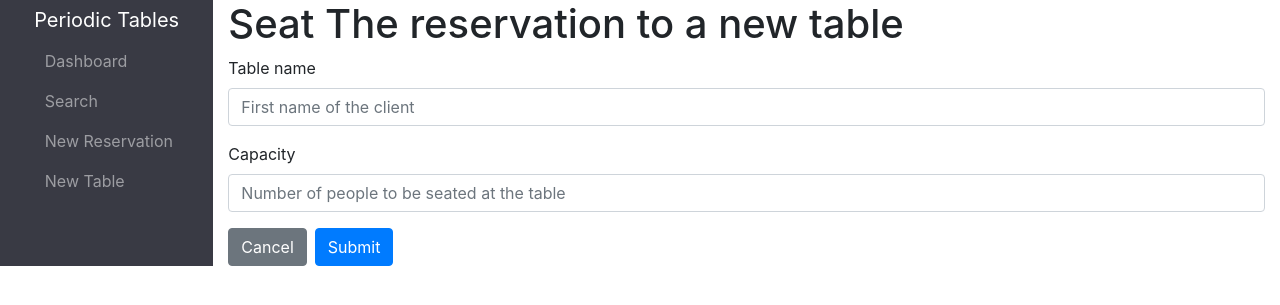
Repository: EMERIC237/resto-client
Page: /tables/new
The author's editor kept a copy of each file at every save. The page is drawn from the files as they stood at one save, then again after the next save.
The browser window is 1280 px wide. The pictures show the whole page.
The page's requests for data from a server got no answer. Some web fonts or font styles are not loaded; a fallback is used. The project was rebuilt for these pictures with package versions that can differ from the ones it lists, and the page was loaded fresh each time. No one was signed in, and anything a server would have sent is missing. Also part of the build but not shown: src/dashboard/Reservation.js, src/utils/format-reservation-date.js, src/utils/format-reservation-time.js, src/dashboard/Dashboard.js, src/layout/NotFound.js, src/reservations/ReservationForm.js, src/reservations/CreateReservation.js, src/reservations/SeatReservation.js.

Above is the page before, as saved 2021-09-19 21:45:35.

### src/layout/Layout.js
import React from "react";
import Menu from "./Menu";
import Routes from "./Routes";

import "./Layout.css";

/**
 * Defines the main layout of the application.
 *
 * You will NOT need to make changes to this file.
 *
 * @returns {JSX.Element}
 */
function Layout() {
  return (
    <div className="container-fluid">
      <div className="row h-100">
        <div className="col-md-2 side-bar">
          <Menu />
        </div>
        <div className="col">
          <Routes />
        </div>
      </div>
    </div>
  );
}

export default Layout;

### src/layout/Menu.js
import React from "react";

import { Link } from "react-router-dom";

/**
 * Defines the menu for this application.
 *
 * @returns {JSX.Element}
 */

function Menu() {
  return (
    <nav className="navbar navbar-dark align-items-start p-0">
      <div className="container-fluid d-flex flex-column p-0">
        <Link
          className="navbar-brand d-flex justify-content-center align-items-center sidebar-brand m-0"
          to="/"
        >
          <div className="sidebar-brand-text mx-3">
            <span>Periodic Tables</span>
          </div>
        </Link>
        <hr className="sidebar-divider my-0" />
        <ul className="nav navbar-nav text-light" id="accordionSidebar">
          <li className="nav-item">
            <Link className="nav-link" to="/dashboard">
              <span className="oi oi-dashboard" />
              &nbsp;Dashboard
            </Link>
          </li>
          <li className="nav-item">
            <Link className="nav-link" to="/search">
              <span className="oi oi-magnifying-glass" />
              &nbsp;Search
            </Link>
          </li>
          <li className="nav-item">
            <Link className="nav-link" to="/reservations/new">
              <span className="oi oi-plus" />
              &nbsp;New Reservation
            </Link>
          </li>
          <li className="nav-item">
            <Link className="nav-link" to="/tables/new">
              <span className="oi oi-layers" />
              &nbsp;New Table
            </Link>
          </li>
        </ul>
        <div className="text-center d-none d-md-inline">
          <button
            className="btn rounded-circle border-0"
            id="sidebarToggle"
            type="button"
          />
        </div>
      </div>
    </nav>
  );
}

export default Menu;

### src/layout/Routes.js
import React from "react";

import { Redirect, Route, Switch } from "react-router-dom";
import Dashboard from "../dashboard/Dashboard";
import NotFound from "./NotFound";
import CreateReservation from "../reservations/CreateReservation";
import CreateTable from "../tables/CreateTable";
import { today } from "../utils/date-time";
import SeatReservation from "../reservations/SeatReservation";

/**
 * Defines all the routes for the application.
 *
 *
 * @returns {JSX.Element}
 */
function Routes() {
  return (
    <Switch>
      <Route exact={true} path="/">
        <Redirect to={"/dashboard"} />
      </Route>
      <Route path="/tables/new">
        <CreateTable />
      </Route>
      <Route path="/reservations/:reservation_id/seat">
        {" "}
        <SeatReservation />
      </Route>
      <Route path="/reservations/new">
        {" "}
        <CreateReservation />
      </Route>
      <Route exact={true} path="/reservations">
        <Redirect to={"/dashboard"} />
      </Route>
      <Route path="/dashboard">
        <Dashboard date={today()} />
      </Route>
      <Route>
        <NotFound />
      </Route>
    </Switch>
  );
}

export default Routes;

### src/tables/CreateTable.js
import React, { useState } from "react";
import { useHistory } from "react-router";
import { createTable } from "../utils/api";
import TableForm from "./TableForm";

export default function CreateTable() {
  const [tableError, setTableError] = useState("");
  const history = useHistory();
  function submitHandler(table) {
    createTable(table).then(history.push(`/dashboard`)).catch(setTableError);
  }

  function cancel() {
    history.goBack();
  }

  return (
    <>
      <h1>Seat The reservation to a new table</h1>
      <TableForm
        onCancel={cancel}
        onSubmit={submitHandler}
        tableError={tableError}
      />
    </>
  );
}

### src/utils/date-time.js
const dateFormat = /\d\d\d\d-\d\d-\d\d/;
const timeFormat = /\d\d:\d\d/;

/**
 * Formats a Date object as YYYY-MM-DD.
 *
 * This function is *not* exported because the UI should generally avoid working directly with Date instance.
 * You may export this function if you need it.
 *
 * @param date
 *  an instance of a date object
 * @returns {string}
 *  the specified Date formatted as YYYY-MM-DD
 */
function asDateString(date) {
  return `${date.getFullYear().toString(10)}-${(date.getMonth() + 1)
    .toString(10)
    .padStart(2, "0")}-${date.getDate().toString(10).padStart(2, "0")}`;
}

/**
 * Format a date string in ISO-8601 format (which is what is returned from PostgreSQL) as YYYY-MM-DD.
 * @param dateString
 *  ISO-8601 date string
 * @returns {*}
 *  the specified date string formatted as YYYY-MM-DD
 */
export function formatAsDate(dateString) {
  return dateString.match(dateFormat)[0];
}

/**
 * Format a time string in HH:MM:SS format (which is what is returned from PostgreSQL) as HH:MM.
 * @param timeString
 *  HH:MM:SS time string
 * @returns {*}
 *  the specified time string formatted as YHH:MM.
 */
export function formatAsTime(timeString) {
  return timeString.match(timeFormat)[0];
}

/**
 * Today's date as YYYY-MM-DD.
 * @returns {*}
 *  the today's date formatted as YYYY-MM-DD
 */
export function today() {
  return asDateString(new Date());
}

/**
 * Subtracts one day to the specified date and return it in as YYYY-MM-DD.
 * @param currentDate
 *  a date string in YYYY-MM-DD format (this is also ISO-8601 format)
 * @returns {*}
 *  the date one day prior to currentDate, formatted as YYYY-MM-DD
 */
export function previous(currentDate) {
  let [ year, month, day ] = currentDate.split("-");
  month -= 1;
  const date = new Date(year, month, day);
  date.setMonth(date.getMonth());
  date.setDate(date.getDate() - 1);
  return asDateString(date);
}

/**
 * Adds one day to the specified date and return it in as YYYY-MM-DD.
 * @param currentDate
 *  a date string in YYYY-MM-DD format (this is also ISO-8601 format)
 * @returns {*}
 *  the date one day after currentDate, formatted as YYYY-MM-DD
 */
export function next(currentDate) {
  let [ year, month, day ] = currentDate.split("-");
  month -= 1;
  const date = new Date(year, month, day);
  date.setMonth(date.getMonth());
  date.setDate(date.getDate() + 1);
  return asDateString(date);
}

### src/utils/api.js
/**
 * Defines the base URL for the API.
 * The default values is overridden by the `API_BASE_URL` environment variable.
 */
// import formatReservationDate from "./format-reservation-date";
// import formatReservationTime from "./format-reservation-date";

const API_BASE_URL =
  process.env.REACT_APP_API_BASE_URL || "http://localhost:5000";

/**
 * Defines the default headers for these functions to work with `json-server`
 */
const headers = new Headers();
headers.append("Content-Type", "application/json");

/**
 * Fetch `json` from the specified URL and handle error status codes and ignore `AbortError`s
 *
 * This function is NOT exported because it is not needed outside of this file.
 *
 * @param url
 *  the url for the requst.
 * @param options
 *  any options for fetch
 * @param onCancel
 *  value to return if fetch call is aborted. Default value is undefined.
 * @returns {Promise<Error|any>}
 *  a promise that resolves to the `json` data or an error.
 *  If the response is not in the 200 - 399 range the promise is rejected.
 */
async function fetchJson(url, options, onCancel) {
  try {
    const response = await fetch(url, options);

    if (response.status === 204) {
      return null;
    }

    const payload = await response.json();

    if (payload.error) {
      return Promise.reject({ message: payload.error });
    }
    return payload.data;
  } catch (error) {
    if (error.name !== "AbortError") {
      console.error(error.stack);
      throw error;
    }
    return Promise.resolve(onCancel);
  }
}

/**
 * Retrieves all existing reservation.
 * @returns {Promise<[reservation]>}
 *  a promise that resolves to a possibly empty array of reservation saved in the database.
 */

// export async function listReservations(params, signal) {
//   const url = new URL(`${API_BASE_URL}/reservations`);
//   Object.entries(params).forEach(([key, value]) =>
//     url.searchParams.append(key, value.toString())
//   );
//   return await fetchJson(url, { headers, signal }, [])
//     .then(formatReservationDate)
//     .then(formatReservationTime);
// }
export async function listReservations(date, signal) {
  const url = `${API_BASE_URL}/reservations?date=${date}`;
  return await fetchJson(url, { headers, signal }, []);
}

/**
 * Create a new reservation
 * @param reservation
 *  the reservation to save, which must not have an `id` property
 * @param signal
 *  optional AbortController.signal
 * @returns {Promise<reservation>}
 *  a promise that resolves the saved reservation, which will now have an `reservation_id` property.
 */

export async function createReservation(reservation, signal) {
  const url = `${API_BASE_URL}/reservations`;
  const options = {
    method: "POST",
    headers,
    body: JSON.stringify({ data: reservation }),
    signal,
  };
  return await fetchJson(url, options);
}

/**
 * Retrieves the reservation with the specified `reservation_id`
 * @param reservation_id
 *  the `id` property matching the desired reservation.
 * @param signal
 *  optional AbortController.signal
 * @returns {Promise<any>}
 *  a promise that resolves to the saved reservation.
 */
export async function readReservation(reservation_id, signal) {
  const url = `${API_BASE_URL}/reservations/${reservation_id}`;
  return await fetchJson(url, { signal }, {});
}

/**
 * Updates an existing reservation
 * @param updatedReservation
 *  the reservation to save, which must have an `reservation_id` property.
 * @param signal
 *  optional AbortController.signal
 * @returns {Promise<Error|*>}
 *  a promise that resolves to the updated reservation.
 */
export async function updateReservation(updatedReservation, signal) {
  const url = `${API_BASE_URL}/reservations/${updatedReservation.reservation_id}`;
  const options = {
    method: "PUT",
    headers,
    body: JSON.stringify({ data: updatedReservation }),
    signal,
  };
  return await fetchJson(url, options, updatedReservation);
}

/**
 * Updates the status of an existing reservation
 * @param status
 *  the new status value to be updated
 * @param reservation_id
 *  the `reservation_id` property matching the reservation on wish the status should be changed.
 * @param signal
 *  optional AbortController.signal
 * @returns {Promise<Error|*>}
 *  a promise that resolves to the updated reservation.
 */
export async function updateReservationStatus(reservation_id, status, signal) {
  const url = `${API_BASE_URL}/reservations/${reservation_id}/status`;
  const options = {
    method: "PUT",
    headers,
    body: JSON.stringify({ data: status }),
    signal,
  };
  return await fetchJson(url, options, status);
}

/**
 * Retrieves all existing tables.
 * @returns {Promise<[tables]>}
 *  a promise that resolves to a possibly empty array of tables saved in the database.
 */

export async function listTables(signal) {
  const url = `${API_BASE_URL}/tables`;
  return await fetchJson(url, { headers, signal }, []);
}

/**
 * Create a new table
 * @param table
 *  the table to save, which must not have an `table_id` property
 * @param signal
 *  optional AbortController.signal
 * @returns {Promise<table>}
 *  a promise that resolves the saved table, which will now have an `table_id` property.
 */

export async function createTable(table, signal) {
  const url = `${API_BASE_URL}/tables`;
  const options = {
    method: "POST",
    headers,
    body: JSON.stringify({ data: table }),
    signal,
  };
  return await fetchJson(url, options);
}

/**
 * Assign a reservation to a table using @argument reservation_id;
 * @param reservation
 *  the reservation to assign to the table,
 * @param table_id
 * the id of the target table
 * @param signal
 *  optional AbortController.signal
 * @returns {Promise<reservation>}
 *  a promise that resolves the saved reservation, which will now have an `id` property.
 */

export async function AssignTable(table_id, reservation, signal) {
  const url = `${API_BASE_URL}/${table_id}/seat/`;
  const options = {
    method: "PUT",
    headers,
    body: JSON.stringify({ data: reservation.reservation_id }),
    signal,
  };
  return await fetchJson(url, options);
}

/**
 * Unassign a reservation from a table;
 * @param table_id
 * the id of the target table
 * @param signal
 *  optional AbortController.signal
 * @returns {Promise<reservation>}
 *  a promise that resolves the saved reservation, which will now have an `id` property.
 */

export async function UnassignTable(table_id, signal) {
  const url = `${API_BASE_URL}/${table_id}/seat/`;
  const options = { method: "DELETE", signal };
  return await fetchJson(url, options);
}

### src/tables/TableForm.js
import React, { useState } from "react";

function TableForm({ onSubmit, onCancel, tableError }) {
  const initialState = {
    table_name: "",
    capacity: "",
  };
  const [table, setTable] = useState(initialState);

  function changeHandler({ target: { name, value } }) {
    setTable((prevState) => ({
      ...prevState,
      [name]: value,
    }));
  }
  function submitHandler(event) {
    event.preventDefault();
    event.stopPropagation();
    onSubmit(table);
  }
  return (
    <>
      <form onSubmit={submitHandler}>
        <fieldset>
          <div className="form-group">
            <label htmlFor="table_name">Table name</label>
            <input
              type="text"
              id="table_name"
              name="table_name"
              className="form-control"
              value={table.table_name}
              required={true}
              placeholder="First name of the client"
              onChange={changeHandler}
            />
          </div>
          <div className="form-group">
            <label htmlFor="capacity">Capacity</label>
            <input
              type="text"
              id="capacity"
              name="capacity"
              className="form-control"
              value={table.capacity}
              required={true}
              placeholder="Number of people to be seated at the table"
              onChange={changeHandler}
            />
          </div>

          <button
            type="button"
            className="btn btn-secondary mr-2"
            onClick={onCancel}
          >
            Cancel
          </button>
          <button type="submit" className="btn btn-primary">
            Submit
          </button>
        </fieldset>
      </form>
    </>
  );
}
export default TableForm;

Loaded but not shown: public/index.html (common file); src/index.js (common file); src/App.js (common file); src/layout/Layout.css (common file)

After the next save:
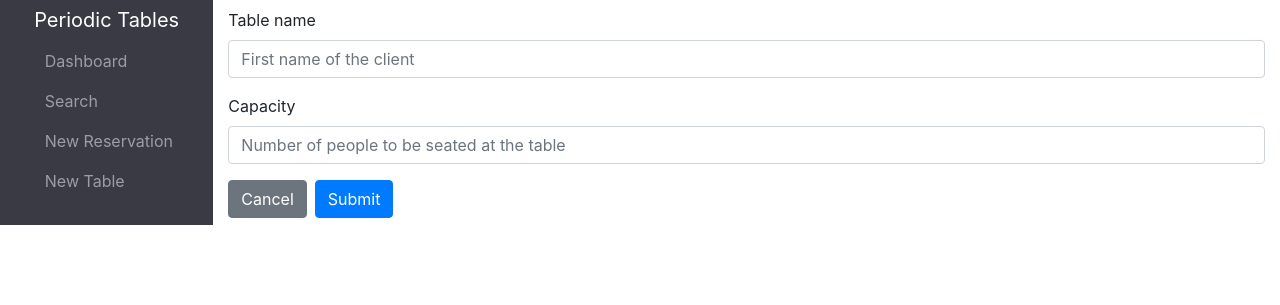
Saved 71 s later.
--- a/src/tables/CreateTable.js
+++ b/src/tables/CreateTable.js
@@ -16,7 +16,7 @@ export default function CreateTable() {
 
   return (
     <>
-      <h1>Seat The reservation to a new table</h1>
+      <h1></h1>
       <TableForm
         onCancel={cancel}
         onSubmit={submitHandler}
